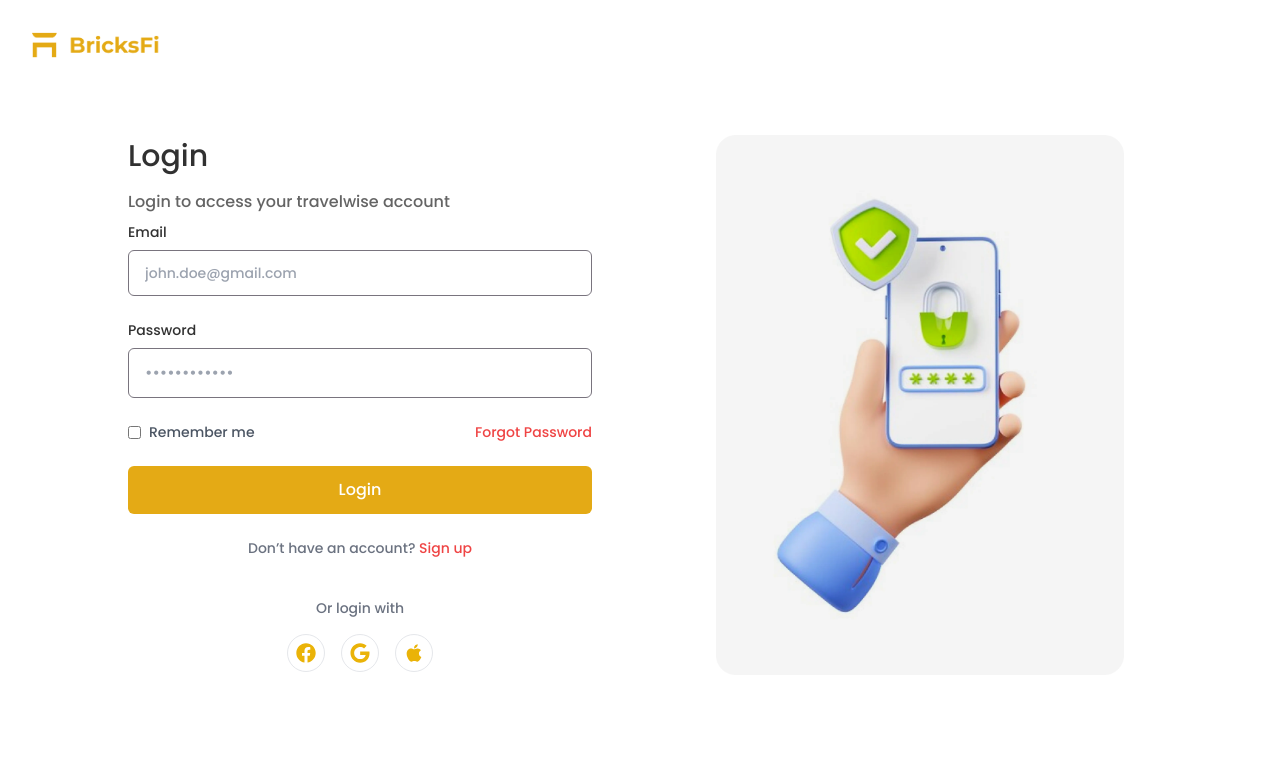
Repository: AyomideAkintade/BricksFi-Frontend
Page: /login (app in client/)
An editor plug-in stored every save of this project. The page is shown before and after the next save, followed by the edit.
The browser window is 1280 px wide. The pictures show the whole page.
The project was rebuilt for these pictures with package versions that can differ from the ones it lists, and the page was loaded fresh each time. Also part of the build but not shown: client/src/components/navbar.jsx, client/src/components/home.jsx, client/src/components/homeSecond.jsx, client/src/components/homeThird.jsx, client/src/components/homeFifth.jsx, client/src/components/homeSixth.jsx, client/src/components/homeSeventh.jsx, client/src/components/signup.jsx and 14 more.

Above is the page before, as saved 2024-10-04 22:08:00.

After the next save:
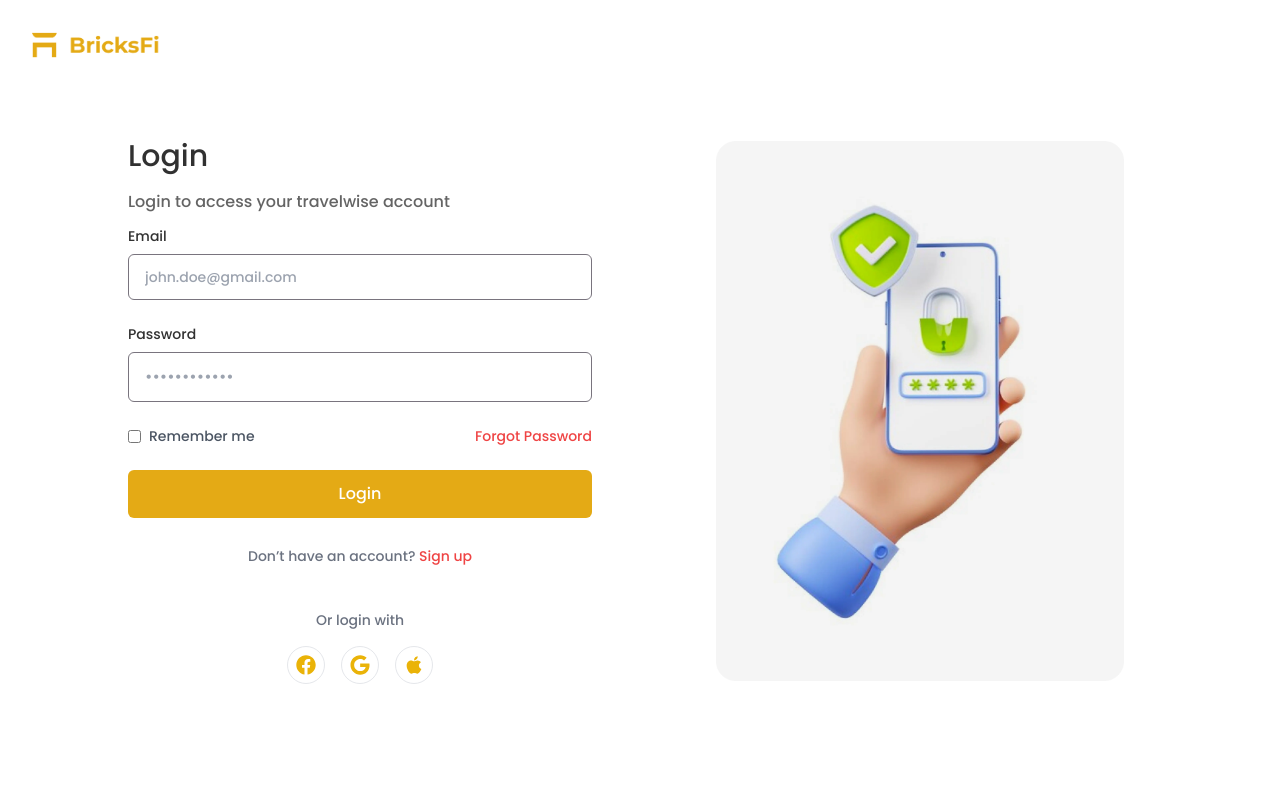
Saved 6 s later.
--- a/client/src/components/login.jsx
+++ b/client/src/components/login.jsx
@@ -32,7 +32,7 @@ const LoginPage = () => {
 
           <div className="flex p-12 w-full items-center">
 
-          <div className="w-1/2 px-12 py-8 flex flex-col gap-2 text-[#313131]">
+          <div className="w-1/2 px-12 py-8 flex flex-col gap-3 text-[#313131]">
             <div className="flex flex-col gap-4">
               <div className="text-3xl font-regular">Login</div>
               <div className="text-[#313131] text-base opacity-75">Login to access your travelwise account</div>
